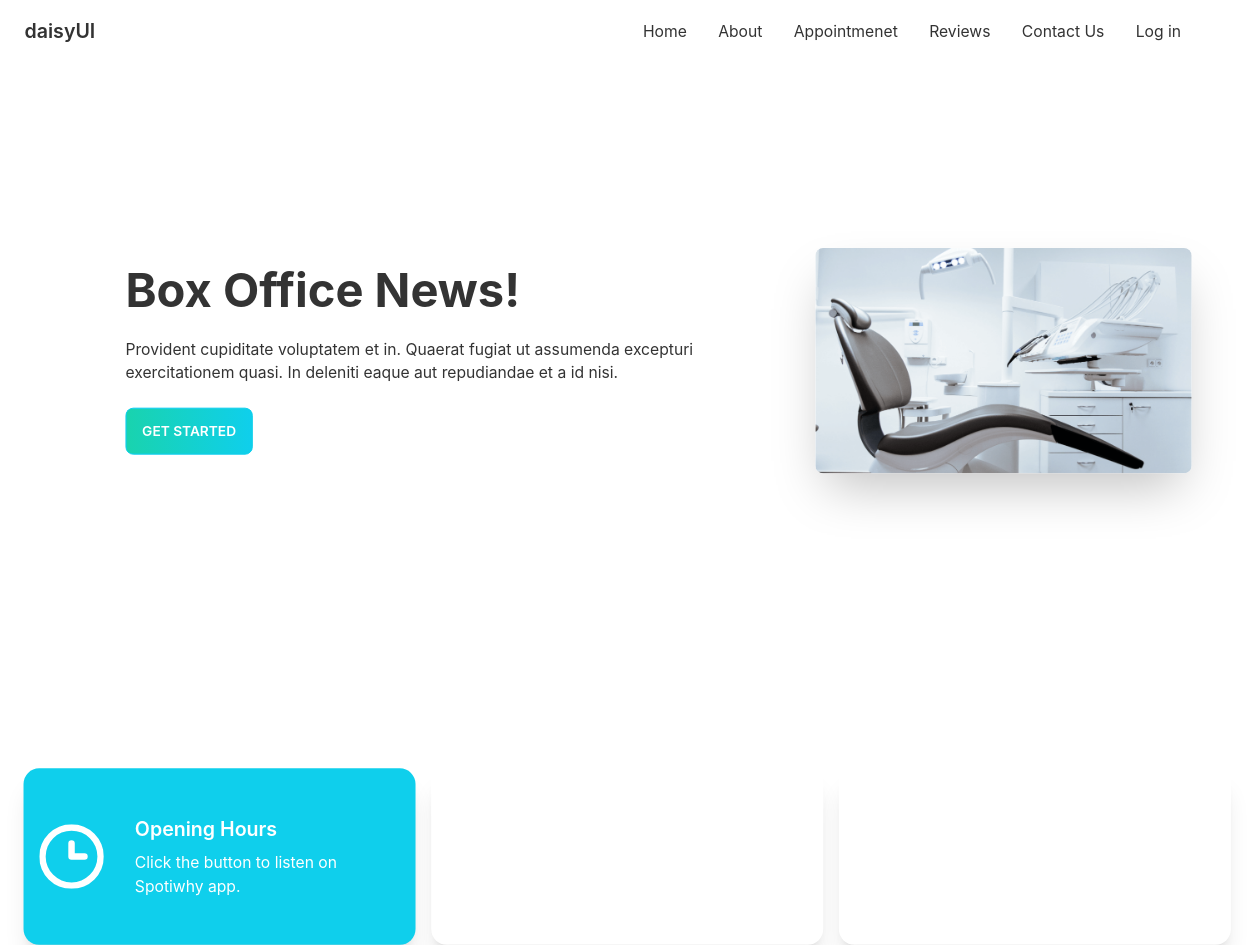
Repository: Tanvir3744/Doctors-client-website
Page: /
The author's editor kept a copy of each file at every save. The page is drawn from the files as they stood at one save, then again after the next save.
The browser window is 1280 px wide. The pictures show the whole page, at 98% of full size.
The project was rebuilt for these pictures with package versions that can differ from the ones it lists, and the page was loaded fresh each time. Also part of the build but not shown: src/Pages/About/About.js, src/Pages/Login/Login.js, src/Pages/NotFound/NotFound.js.

Above is the page before, as saved 2022-05-25 17:51:46.

### src/App.js
import { Routes, Route } from 'react-router-dom'
import About from './Pages/About/About';
import Home from './Pages/Home/Home';
import Login from './Pages/Login/Login';
import NotFound from './Pages/NotFound/NotFound';
import Navbar from './Pages/Shared/Navbar';
function App() {
  return (
    <div className="App">
      <Navbar></Navbar>
      <Routes>
        <Route path='/' element={<Home />}></Route>
        <Route path='/home' element={<Home />}></Route>
        <Route path='/about' element={<About />}></Route>
        <Route path='/login' element={<Login />}></Route>
        <Route path='*' element={<NotFound />}></Route>
      </Routes>
    </div>
  );
}

export default App;

### src/Pages/Home/Home.js
import React from 'react';
import InfoCards from '../../components/InfoCards';
import Banner from './Banner/Banner';

const Home = () => {
    return (
        <div>
            <Banner />
            <InfoCards />
        </div>
    );
};

export default Home;

### src/Pages/Shared/Navbar.js
import React from 'react';
import { Link } from 'react-router-dom';

const Navbar = () => {
    //menu items stored here
    const menuItems = <>
        <li><Link to="/">Home</Link></li>
        <li><Link to="/about">About</Link></li>
        <li><Link to="/appointment">Appointmenet</Link></li>
        <li><Link to="/reviews">Reviews</Link></li>
        <li><Link to="/contact">Contact Us</Link></li>
        <li><Link to="/login">Log in </Link></li>
    </>
    return (
        <div>
            <div class="navbar bg-base-100">
                <div class="navbar-start">
                    <div class="dropdown">
                        <label tabindex="0" class="btn btn-ghost lg:hidden">
                            <svg xmlns="http://www.w3.org/2000/svg" class="h-5 w-5" fill="none" viewBox="0 0 24 24" stroke="currentColor"><path stroke-linecap="round" stroke-linejoin="round" stroke-width="2" d="M4 6h16M4 12h8m-8 6h16" /></svg>
                        </label>
                        <ul tabindex="0" class="menu menu-compact dropdown-content mt-3 p-2 shadow bg-base-100 rounded-box w-52">
                           {menuItems}
                        </ul>
                    </div>
                    <Link to='/' class="btn btn-ghost normal-case text-xl">daisyUI</Link>
                </div>
                <div class="navbar-center hidden lg:flex">
                    <ul class="menu menu-horizontal p-0">
                        {menuItems}
                    </ul>
                </div>
            </div>
        </div>
    );
};

export default Navbar;

### src/components/InfoCards.js
import React from 'react';
import ChildInfoCards from './ChildInfoCards';
import Clock from './../assets/icons/clock.svg'
import Marker from './../assets/icons/marker.svg'
import Phone from './../assets/icons/phone.svg'
const InfoCards = () => {

    return (
        <div className='grid px-6 grid-cols-1 lg:grid-cols-3 gap-4'>
            <ChildInfoCards bgClass='bg-primary' cardTitle='Opening Hours' img={Clock} />
            <ChildInfoCards bgClass='bg-dark' cardTitle='Our Location' img={Marker} />
            <ChildInfoCards bgClass='' cardTitle='Contact Us' img={Phone} />
        </div>
    );
};

export default InfoCards;

### src/Pages/Home/Banner/Banner.js
import React from 'react';
import chair from '../../../assets/images/chair.png'
const Banner = () => {
    return (
        <div className='px-12'>
            <div class="hero min-h-screen conatiner mx-auto">
                <div class="hero-content flex-col lg:flex-row-reverse -mt-28">
                    <img src={chair} class="max-w-sm rounded-lg shadow-2xl " />
                    <div className='px-16'>
                        <h1 class="text-5xl font-bold">Box Office News!</h1>
                        <p class="py-6">Provident cupiditate voluptatem et in. Quaerat fugiat ut assumenda excepturi exercitationem quasi. In deleniti eaque aut repudiandae et a id nisi.</p>
                        <button class="btn btn-primary text-white rounded-lg bg-gradient-to-r from-secondary to-primary">Get Started</button>
                    </div>
                </div>
            </div>
        </div>
    );
};

export default Banner;

### src/components/ChildInfoCards.js
import React from 'react';

const ChildInfoCards = (props) => {
    const {img, cardTitle, bgClass} = props;
    return (
        <div className='container'>
            <div className={`card lg:card-side shadow-xl p-4 pl-4  ${bgClass}`}>
                <figure><img src={img} alt="Info cards" /></figure>
                <div class="card-body text-white">
                    <h2 class="card-title">{cardTitle}</h2>
                    <p>Click the button to listen on Spotiwhy app.</p>
                </div>
            </div>
        </div>
    );
};

export default ChildInfoCards;

### tailwind.config.js
module.exports = {
  content: ["./src/**/*.{html,js}"],
  theme: {
    extend: {},
  },
  daisyui: {
    themes: [
      {

        mytheme: {
          primary: "#0FCFEC",
          secondary: "#19D3AE",
          neutral: "#3d4451",
          dark : "#3A4256",
          accent: "#37cdbe",
          "base-100": "#ffffff",
        },
      },
      "cupcake",
    ],
  },
  plugins: [require("daisyui")],
}

Loaded but not shown: public/index.html (common file); src/index.js (common file); src/index.css (common file); src/reportWebVitals.js (common file)

After the next save:
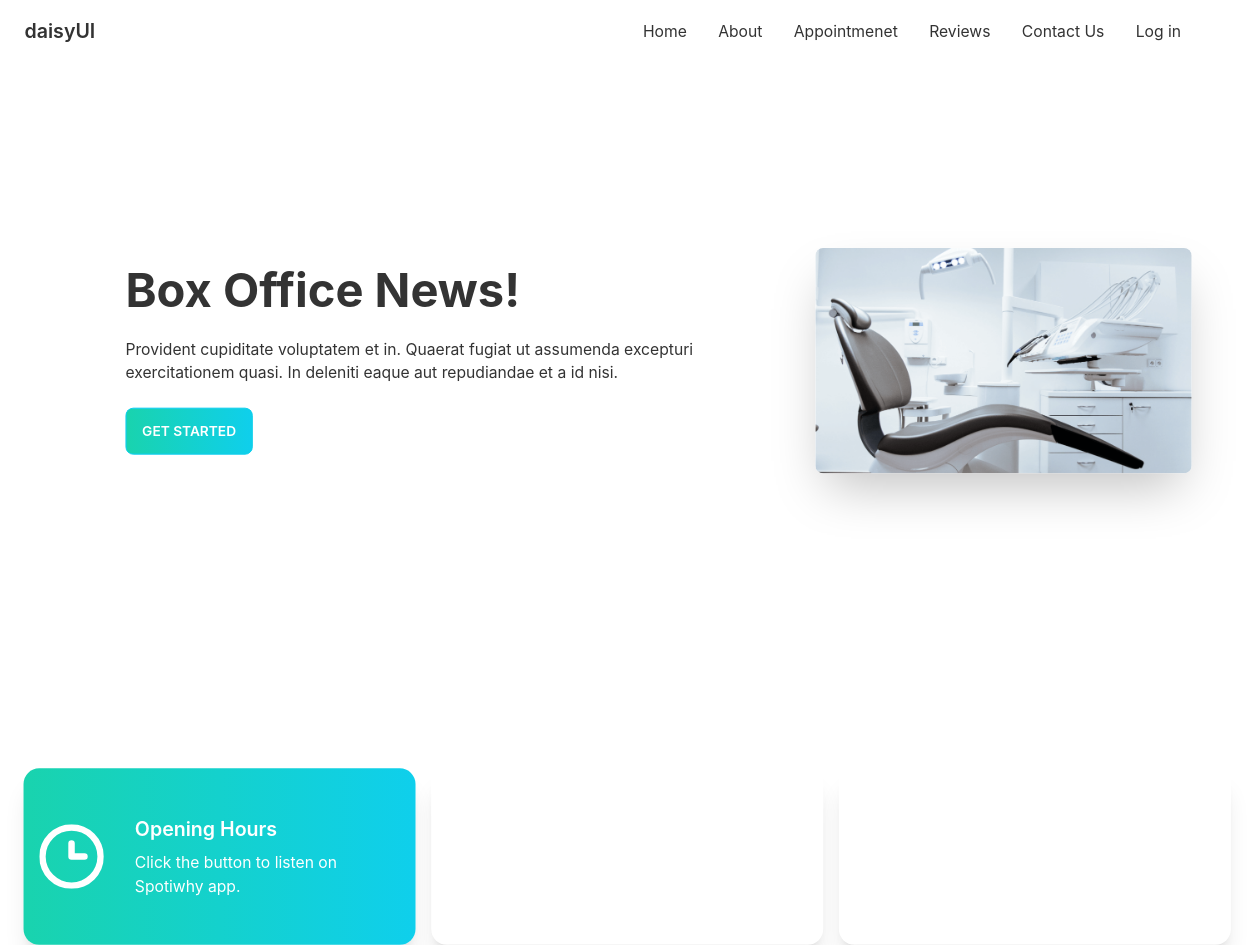
Saved 68 s later.
--- a/src/components/InfoCards.js
+++ b/src/components/InfoCards.js
@@ -7,7 +7,7 @@ const InfoCards = () => {
 
     return (
         <div className='grid px-6 grid-cols-1 lg:grid-cols-3 gap-4'>
-            <ChildInfoCards bgClass='bg-primary' cardTitle='Opening Hours' img={Clock} />
+            <ChildInfoCards bgClass='bg-gradient-to-r from-secondary to-primary' cardTitle='Opening Hours' img={Clock} />
             <ChildInfoCards bgClass='bg-dark' cardTitle='Our Location' img={Marker} />
             <ChildInfoCards bgClass='' cardTitle='Contact Us' img={Phone} />
         </div>
